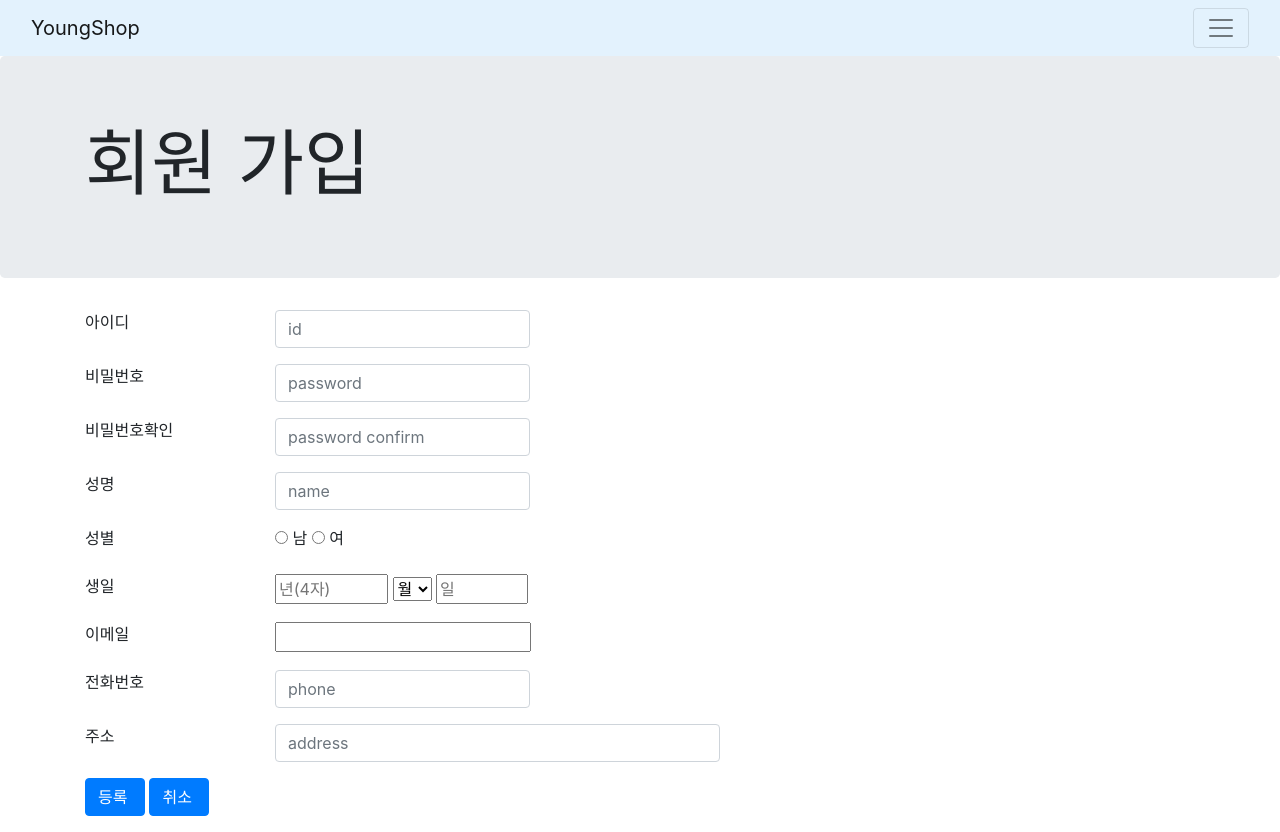
Repository: khss4008/JSP_project
Page: http://localhost/Webshop2/member/joinMember.jsp
The author's editor kept a copy of each file at every save. The page is drawn from the files as they stood at one save, then again after the next save.
The browser window is 1280 px wide. The pictures show the whole page.
The page is served by Tomcat 9. Other server files are loaded and not shown.

Above is the page before, as saved 2021-11-04 04:11:15.
Console error: TypeError: Cannot read properties of undefined (reading 'fn')

### Webshop2/WebContent/member/joinMember.jsp
<%@ page contentType="text/html; charset=utf-8"%>
<html>
<head>

<title>회원 가입</title>
</head>
<body>
   <jsp:include page="/header.jsp" />
   <div class="jumbotron">
      <div class="container">
         <h1 class="display-3">회원 가입</h1>
      </div>
   </div>

   <div class="container">
      <form name="newMember" class="form-horizontal"  action="processAddMember.jsp" method="post" onsubmit="return checkForm()">
         <div class="form-group  row">
            <label class="col-sm-2 ">아이디</label>
            <div class="col-sm-3">
               <input name="id" type="text" class="form-control" placeholder="id" >
            </div>
         </div>
         <div class="form-group  row">
            <label class="col-sm-2">비밀번호</label>
            <div class="col-sm-3">
               <input name="password" type="text" class="form-control" placeholder="password" >
            </div>
         </div>
         <div class="form-group  row">
            <label class="col-sm-2">비밀번호확인</label>
            <div class="col-sm-3">
               <input name="password_confirm" type="text" class="form-control" placeholder="password confirm" >
            </div>
         </div>
         <div class="form-group  row">
            <label class="col-sm-2">성명</label>
            <div class="col-sm-3">
               <input name="name" type="text" class="form-control" placeholder="name" >
            </div>
         </div>
         <div class="form-group  row">
            <label class="col-sm-2">성별</label>
            <div class="col-sm-10">
               <input name="gender" type="radio" value="남" /> 남
               <input name="gender" type="radio" value="여" /> 여
            </div>
         </div>
         <div class="form-group row">
            <label class="col-sm-2">생일</label>
            <div class="col-sm-4  ">
               <input type="text" name="birthyy" maxlength="4" placeholder="년(4자)" size="6">
               <select name="birthmm">
                  <option value="">월</option>
                  <option value="01">1</option>
                  <option value="02">2</option>
                  <option value="03">3</option>
                  <option value="04">4</option>
                  <option value="05">5</option>
                  <option value="06">6</option>
                  <option value="07">7</option>
                  <option value="08">8</option>
                  <option value="09">9</option>
                  <option value="10">10</option>
                  <option value="11">11</option>
                  <option value="12">12</option>
               </select> <input type="text" name="birthdd" maxlength="2" placeholder="일" size="4">
            </div>
         </div>
         <div class="form-group  row ">
            <label class="col-sm-2">이메일</label>
            <div class="col-sm-10">
               <input type="text" name="mail" maxlength="50">
            </div>
         </div>
         <div class="form-group  row">
            <label class="col-sm-2">전화번호</label>
            <div class="col-sm-3">
               <input name="phone" type="text" class="form-control" placeholder="phone" >

            </div>
         </div>
         <div class="form-group  row">
            <label class="col-sm-2 ">주소</label>
            <div class="col-sm-5">
               <input name="address" type="text" class="form-control" placeholder="address">

            </div>
         </div>
         <div class="form-group  row">
            <div class="col-sm-offset-2 col-sm-10 ">
               <input type="submit" class="btn btn-primary " value="등록 " >
               <input type="reset" class="btn btn-primary " value="취소 " onclick="reset()" >
            </div>
         </div>
      </form>
   </div>
      <jsp:include page="/footer.jsp" />
</body>
</html>

### Webshop2/WebContent/header.jsp
<%@ page language="java" contentType="text/html; charset=UTF-8"
    pageEncoding="UTF-8"%>

<link rel="stylesheet" href="https://stackpath.bootstrapcdn.com/bootstrap/4.3.1/css/bootstrap.min.css" integrity="sha384-ggOyR0iXCbMQv3Xipma34MD+dH/1fQ784/j6cY/iJTQUOhcWr7x9JvoRxT2MZw1T" crossorigin="anonymous">
<script src="https://stackpath.bootstrapcdn.com/bootstrap/4.3.1/js/bootstrap.min.js" integrity="sha384-JjSmVgyd0p3pXB1rRibZUAYoIIy6OrQ6VrjIEaFf/nJGzIxFDsf4x0xIM+B07jRM" crossorigin="anonymous"></script>


<nav class="navbar navbar-light" style="background-color: #e3f2fd;">
  <div class="container-fluid">
    <a class="navbar-brand" href="/">YoungShop</a>
    <button class="navbar-toggler" type="button" data-bs-toggle="collapse" data-bs-target="#navbarNavDropdown" aria-controls="navbarNavDropdown" aria-expanded="false" aria-label="Toggle navigation">
      <span class="navbar-toggler-icon"></span>
    </button>
    <div class="collapse navbar-collapse" id="navbarNavDropdown">
      <ul class="navbar-nav">
        <li class="nav-item dropdown">
          <a class="nav-link dropdown-toggle" href="#" id="navbarDropdownMenuLink" role="button" data-bs-toggle="dropdown" aria-expanded="false">
            	게시판
          </a>
          <ul class="dropdown-menu" aria-labelledby="navbarDropdownMenuLink">
            <li><a class="dropdown-item" href="/product/products.jsp">제품목록</a></li>
            <li><a class="dropdown-item" href="#">장바구니</a></li>
          </ul>
        </li>

        <li class="nav-item dropdown">
          <a class="nav-link dropdown-toggle" href="#" id="navbarDropdownMenuLink" role="button" data-bs-toggle="dropdown" aria-expanded="false">
            	회원관리
          </a>
          <ul class="dropdown-menu" aria-labelledby="navbarDropdownMenuLink">
            <li><a class="dropdown-item" href="/member/loginMember.jsp">로그인</a></li>
            <li><a class="dropdown-item" href="#">로그아웃</a></li>
            <li><a class="dropdown-item" href="#">회원가입</a></li>
            <li><a class="dropdown-item" href="#">회원탈퇴</a></li>
          </ul>
        </li>

      </ul>
    </div>
  </div>
</nav>

<script src="https://cdn.jsdelivr.net/npm/bootstrap@5.1.3/dist/js/bootstrap.bundle.min.js" integrity="sha384-ka7Sk0Gln4gmtz2MlQnikT1wXgYsOg+OMhuP+IlRH9sENBO0LRn5q+8nbTov4+1p" crossorigin="anonymous"></script>

### Webshop2/WebContent/footer.jsp
<%@ page language="java" contentType="text/html; charset=UTF-8"
    pageEncoding="UTF-8"%>

After the next save:
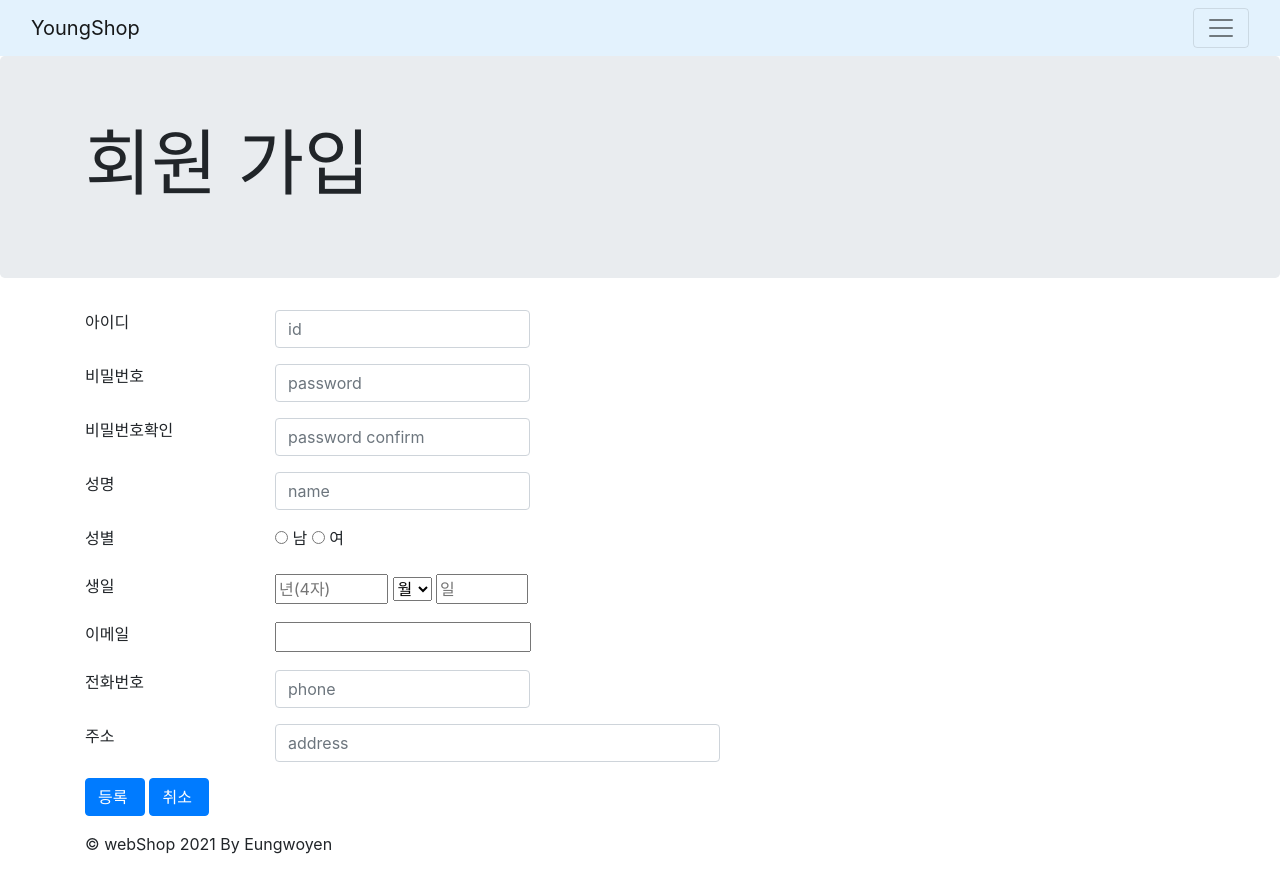
Saved 35 s later.
--- a/Webshop2/WebContent/footer.jsp
+++ b/Webshop2/WebContent/footer.jsp
@@ -1,2 +1,3 @@
-<%@ page language="java" contentType="text/html; charset=UTF-8"
-    pageEncoding="UTF-8"%>
+<footer class = "container">
+	<p>&copy; webShop 2021 By Eungwoyen
+</footer>
